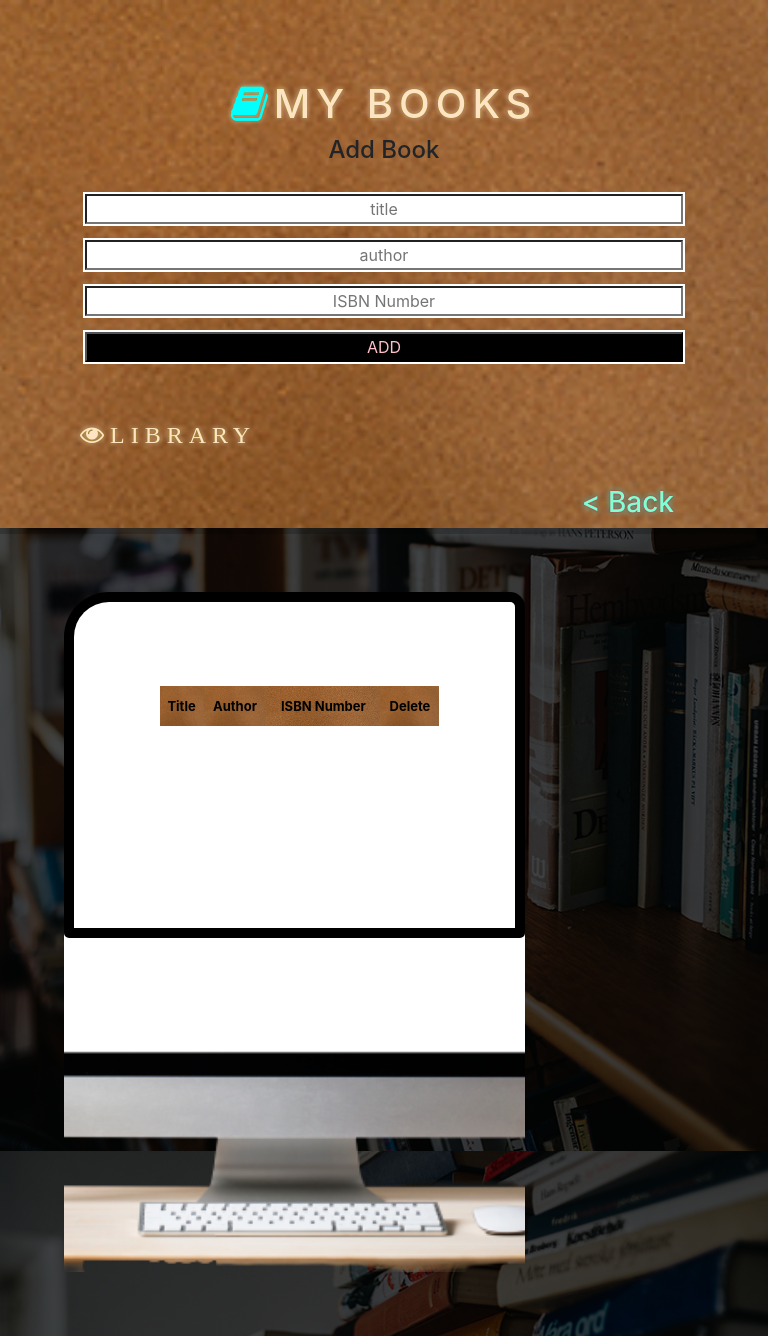
Repository: CSituma/Home-Library-App
Page: libu.html
The author's editor kept a copy of each file at every save. The page is drawn from the files as they stood at one save, then again after the next save.
The browser window is 768 px wide. The pictures show the whole page.
Backgrounds fixed to the window are drawn as part of the page. Some web libraries are served in a nearby version.

Above is the page before, as saved 2020-11-10 22:06:58.

After the next save:
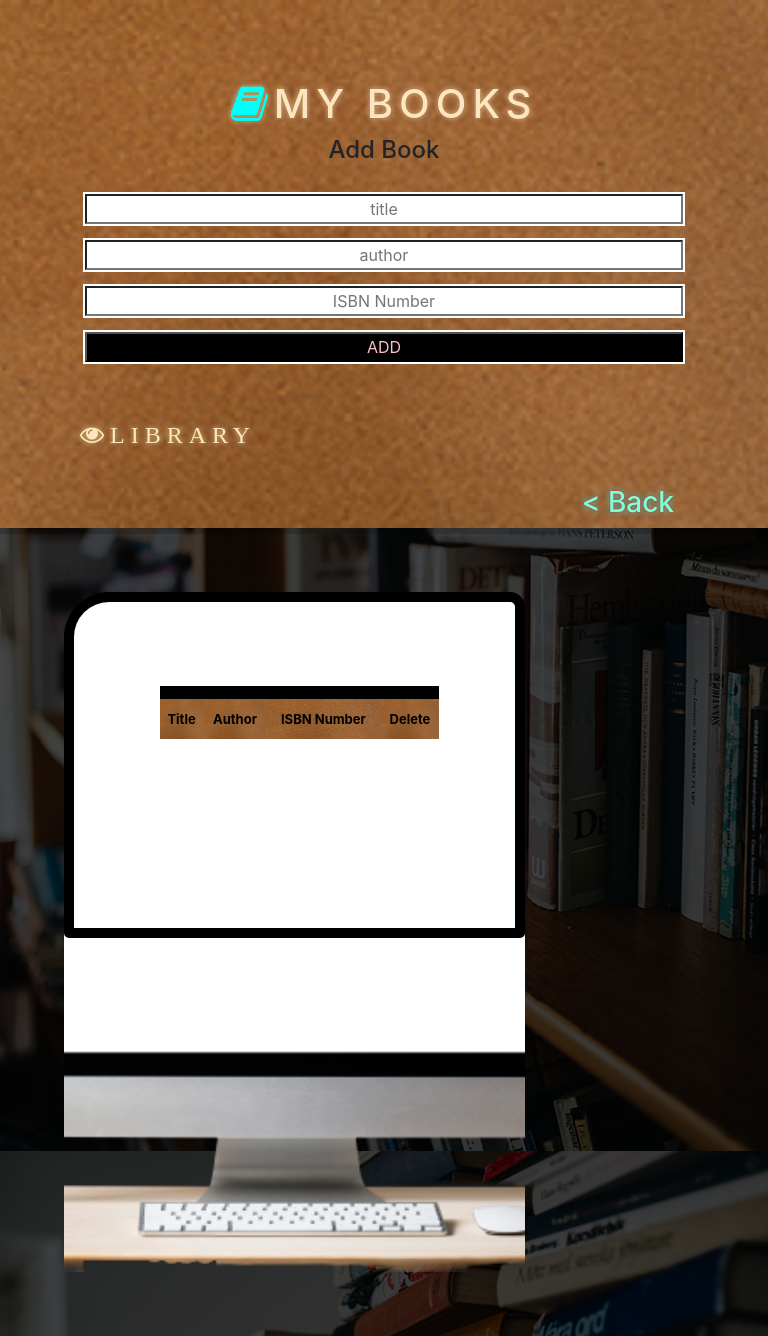
Saved 15 s later.
--- a/style.css
+++ b/style.css
@@ -246,7 +246,7 @@
   margin: 0;
   padding: 0.2rem;
 position: relative;
-top: 0;
+top: 1em;
 
 }
 .js{

After the 2 saves that followed:
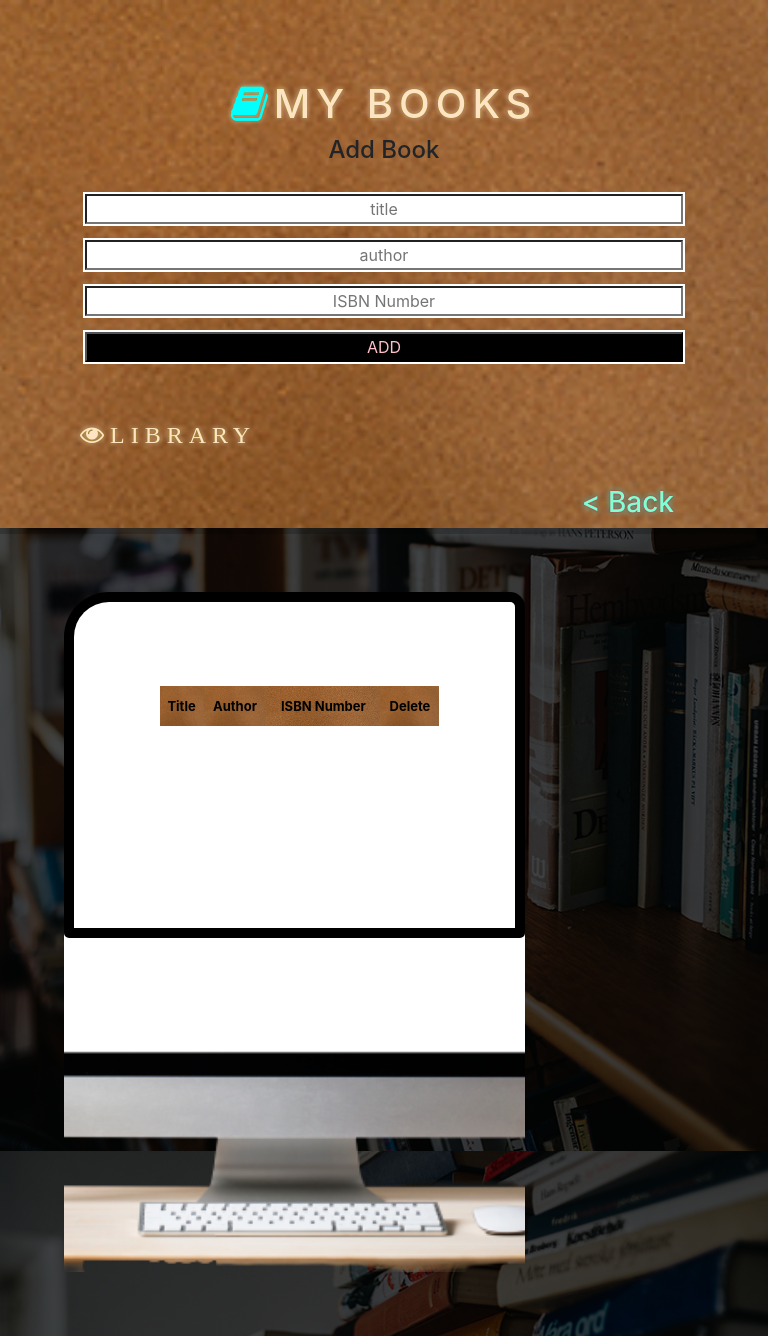
The 2 saves are shown as one change because 1 left the picture as it was.
The last was saved 40 s later.
--- a/style.css
+++ b/style.css
@@ -245,8 +245,6 @@
 th{
   margin: 0;
   padding: 0.2rem;
-position: relative;
-top: 1em;
 
 }
 .js{
